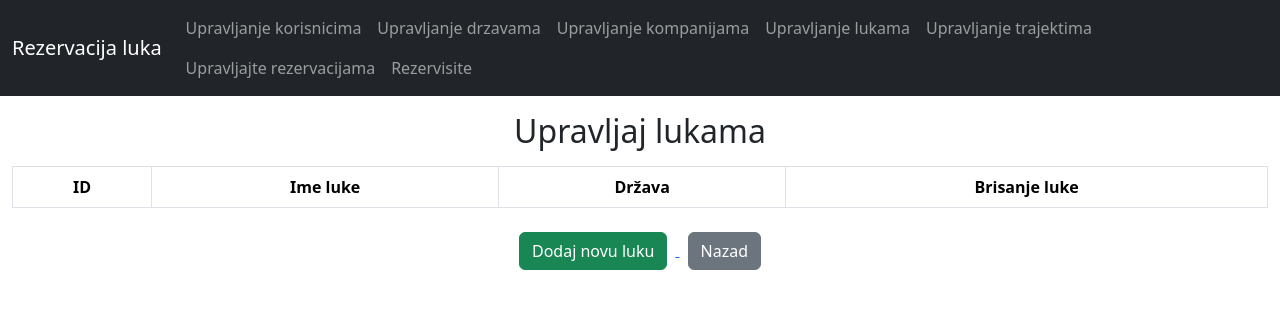
Repository: djapa4/ris
Page: http://localhost/login
These files come from the project's save history. The page is drawn as it stood at one moment and after the next save; the edit follows.
The browser window is 1280 px wide. The pictures show the whole page.
The page is this project's Thymeleaf template; nobody is signed in. The template is opened directly, without the code that normally fills it, so the values that code supplies are empty.

Above is the page before, as saved 2025-09-18 14:50:59.

After the next save:
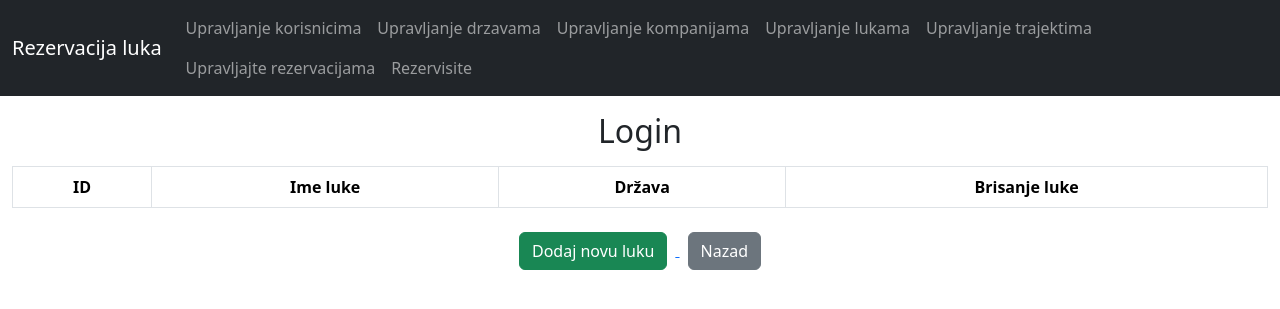
Saved 4 s later.
--- a/TrajektiWeb/src/main/resources/templates/login.html
+++ b/TrajektiWeb/src/main/resources/templates/login.html
@@ -32,7 +32,7 @@
 	</nav>
 
 	<div class="container-fluid text-center mt-3">
-		<h2>Upravljaj lukama</h2>
+		<h2>Login</h2>
 
 		<div th:if="${message}" class="alert alert-success text-center">
 			[[${message}]]</div>
